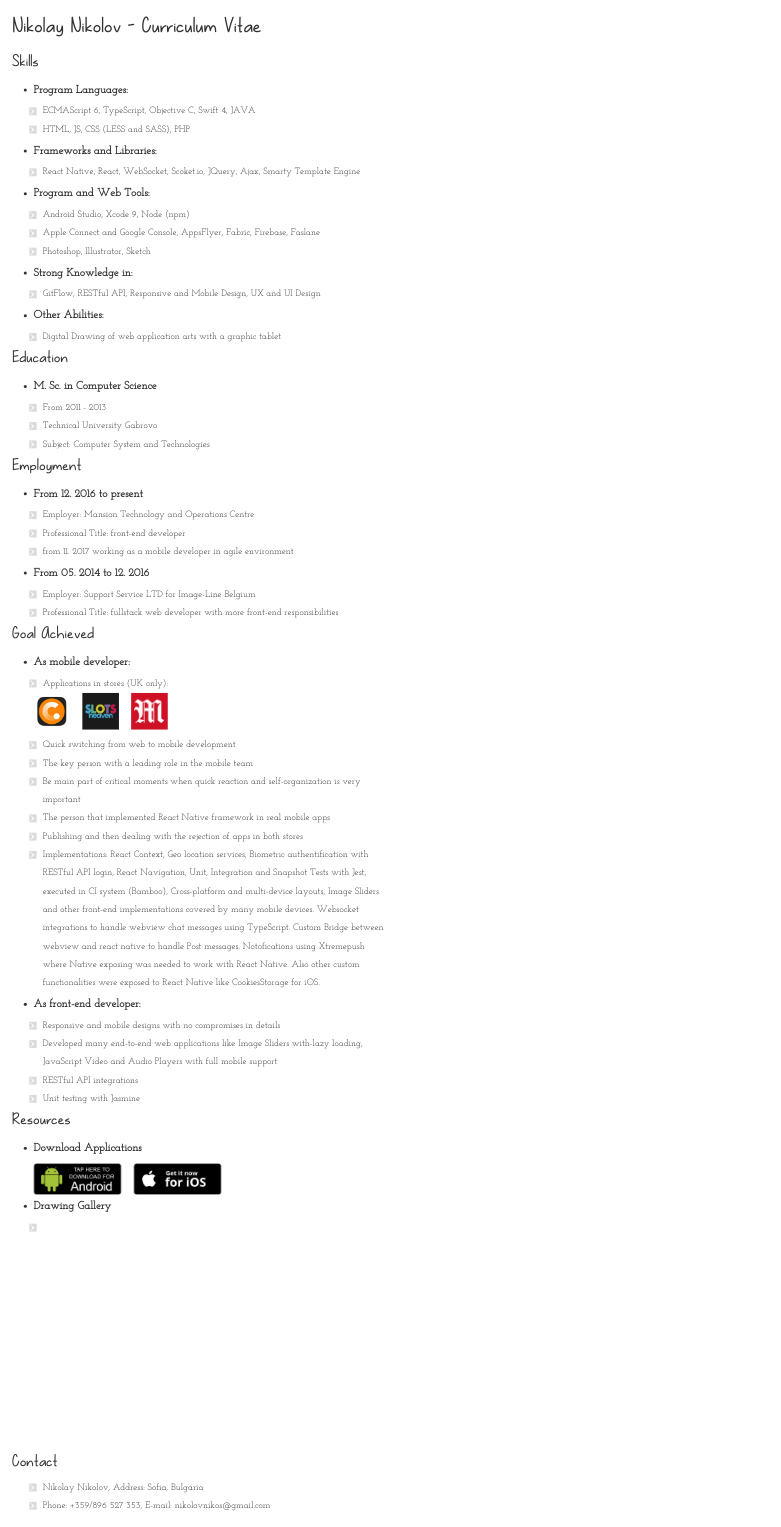
Repository: nikichanko/cv
Page: print.html
The author's editor kept a copy of each file at every save. The page is drawn from the files as they stood at one save, then again after the next save.
The browser window is 1280 px wide. The pictures show the whole page, at 61% of full size.

Above is the page before, as saved 2019-02-03 11:48:35.

### print.html
<html>
  <head>
    <link rel="shortcut icon" type="image/png" href="img/favicon.png"/>
    <meta name="viewport" content="width=device-width, initial-scale=1">
    <link rel="stylesheet" type="text/css" href="css/styles.css">
    <link rel="stylesheet" type="text/css" href="css/print.css">
    <script src="https://ajax.googleapis.com/ajax/libs/jquery/3.3.1/jquery.min.js"></script>
    <title>Nikolay Nikolov - Curriculum Vitae - Print Version</title>
  </head>
  <body>
    <div id="content">
      <div class="cv-title">Nikolay Nikolov - Curriculum Vitae</div>
    </div>
  </body>
  <script src="js/print.js"></script>
</html>

### css/styles.css
@font-face {
  font-family: 'Just Gotta Smile';
  src: url('./fonts/JustGottaSmile.woff2') format('woff2'),
      url('./fonts/JustGottaSmile.woff') format('woff'),
      url('./fonts/JustGottaSmile.ttf') format('truetype');
  font-weight: 500;
  font-style: normal;
}

@font-face {
  font-family: 'Josefin Slab';
  src: url('./fonts/JosefinSlab.woff2') format('woff2'),
      url('./fonts/JosefinSlab.woff') format('woff'),
      url('./fonts/JosefinSlab.ttf') format('truetype');
  font-weight: normal;
  font-style: normal;
}
ul, li, ol, body {
  margin: 0;
  padding: 0;
}

html, body {
  position: relative;
  height: 100%;
}

body {
  background-color: #323232;
  width: 100%;
  font-family: 'Just Gotta Smile';
  color: #fff;
}

.wrapper {
  position: relative;
  width: 100%;
  max-width: 1000px;
  height: 800px;
  margin: 0 auto;
  background-image: url(../img/cv_bg.png);
  background-repeat: no-repeat;
  background-position: right top;
  background-size: cover;
}

.header{
  opacity: 0.5;
  font-size: 14px;
  position: absolute;
  right: 5px;
  text-align: right;
}
.menu {
  line-height: 70px;
  margin: 0 auto;
  position: absolute;
  text-align: center;
  width: 100%;
  top: 200px;
}

.item {
  font-size: 64px;
  position: relative;
  left: 50%;
  opacity: 1;
  transform: translateX(-50%) ;
  -ms-transform: translateX(-50%) ; /* IE 9 */
  -webkit-transform: translateX(-50%); /* Safari 3-8 */
  transition: opacity 0.2s ease-out;
  -webkit-touch-callout: none; /* iOS Safari */
  -webkit-user-select: none; /* Safari */
   -khtml-user-select: none; /* Konqueror HTML */
     -moz-user-select: none; /* Firefox */
      -ms-user-select: none; /* Internet Explorer/Edge */
          user-select: none; /* Non-prefixed version, currently
                                supported by Chrome and Opera */
}
.item.print {
  font-size: 30px;
  line-height: 45px;
}

.item span {
  cursor: pointer;
  position: relative;
}

.item.closed {
  opacity: 0;
  height: 0;
  visibility: hidden;
}

.content {
  font-family: 'Josefin Slab';
  padding-top: 2px;
  max-width: 600px;
  text-align: left;
  top: 50px;
  width: 56%;
  margin: 0 auto;
  line-height: 40px;
  height: 0;
  opacity: 0;
  transition: opacity 0.5s ease-in-out;
  position: relative;
  visibility: hidden;
  overflow: hidden;
}

.ul-wrapper {
  height: 450px;
  position: relative;
  overflow: hidden;
}

.content.open {
  overflow: visible;
  height: auto;
  opacity: 1;
  transition: opacity 0.5s ease-in-out;
  visibility: visible;
}
.content {
  line-height: 30px;
}
.content ul {
  padding-top: 10px;
  padding-left: 20px;
}
.content li {
  font-weight: bold;
  font-size: 20px;
  padding:5px 0;
}
.content ol {
  font-size: 18px;
  margin-left: 15px;
  position: relative;
}
.content ol:before {
  content: "";
  background-image: url(../img/arrow.png);
  background-repeat: no-repeat;
  background-size: contain;
  width: 12px;
  height: 13px;
  position: absolute;
  left: -22px;
  top: 8px;
  opacity: 0.6;
}

.item span:hover {
  color: #a4cbe6;
}

.close {
  position: absolute;
  top: -29px;
  left: -7px;
  width: 45px;
  height: 45px;
  opacity: 0.3;
}
.close:hover {
  opacity: 1;
}
.close:before, .close:after {
  position: absolute;
  left: 15px;
  content: ' ';
  height: 25px;
  width: 2px;
  background-color: #fff;
}
.close:before {
  transform: rotate(45deg);
}
.close:after {
  transform: rotate(-45deg);
}

.app-icon {
  width: 60px;
  margin-right: 15px;
}
.form-title {
  margin-top: 10px;
  font-size: 24px;
  text-align: center;
}

.swiper-all {
  width: 95%;
  height: 350px;
  position: relative;
  margin: 0 auto;
}
.swiper-container {
  width: 100%;
  height: 100%;
}
 a {
   color: white;
   text-decoration: underline;
   cursor: pointer;
 }

.swiper-slide {
  text-align: center;
  font-size: 18px;
  color: red;
  /* Center slide text vertically */
  display: -webkit-box;
  display: -ms-flexbox;
  display: -webkit-flex;
  display: flex;
  -webkit-box-pack: center;
  -ms-flex-pack: center;
  -webkit-justify-content: center;
  justify-content: center;
  -webkit-box-align: center;
  -ms-flex-align: center;
  -webkit-align-items: center;
  align-items: center;
}

.ian, .faraon, .nina {

 width: 100%;
 height: 100%;
 background-size: contain;
 background-repeat: no-repeat;
 background-position: 50% 50%;
}
.ian {
  background-image: url('../img/ian.jpg');
}
.faraon {
  background-image: url('../img/faraon.jpg');
}
.nina {
  background-image: url('../img/ninaDobrev.jpg');
}

.ios, .android {
  display: inline-block;
  width: 144px;
  height: 51px;
  background-size: cover;
  cursor: pointer;
}
.ios a, .android a {
  display: block;
  height: 100%;
  font-size: 0px;
}

.ios {
  background-image: url('../img/ios.png');
  margin-left: 15px;
}
.android {
  background-image: url('../img/android.png');
}

@media only screen and (max-width: 1000px) {
  .content {
    width: 90%;
  }
  .item span {
    cursor: default;
  }
}

### css/print.css
body {
  background-color: #fff;
  color: #323232
}
.content {
  margin: 0;
  top:0;
  left: 15px;
}
.close, .form-title {
  display: none;
}
.ul-wrapper{
  height: auto;
}

#content{
  padding: 20px;
}
.cv-title{
  font-size: 36px;
  margin-bottom: 20px;
}
.item {
  font-size: 28px;
}
.content ol:before {
  background-color: #c2c2c2;
}
.content ol {
  font-size: 15px;
}
.content li {
  font-size: 18px;
}

### index.html
<!DOCTYPE html>
<html>
  <head>
    <link rel="shortcut icon" type="image/png" href="img/favicon.png"/>

    <meta name="viewport" content="width=device-width, initial-scale=1, minimum-scale=1, maximum-scale=1">
    <link rel="stylesheet" type="text/css" href="css/scroll.css">
    <script src="https://ajax.googleapis.com/ajax/libs/jquery/3.3.1/jquery.min.js"></script>
    <script src="js/scroll.js"></script>
    <link rel="stylesheet" href="css/swiper.min.css">
    <link rel="stylesheet" type="text/css" href="css/styles.css">
    <title>Nikolay Nikolov - Curriculum Vitae</title>
  </head>
  <body>
    <div class="wrapper">
      <div class="header">Curriculum Vitae of Nikolay Nikolov<br/>&copy; Copyright 2019. All Rights Reserved</div>
      <div class="menu">
        <div class="item">
          <span>Skills</span>
        </div>
        <div class="content">
          <i class="close"></i>
          <div class="ul-wrapper" id="scroll-3">
            <ul>
              <li>Program Languages:</li>
              <ol>ECMAScript 6, TypeScript, Objective C, Swift 4, JAVA</ol>
              <ol>HTML, JS, CSS (LESS and SASS), PHP</ol>
              <li>Frameworks and Libraries:</li>
              <ol>React Native, React, WebSocket, Scoket.io, JQuery, Ajax, Smarty Template Engine</ol>
              <li>Program and Web Tools:</li>
              <ol>Android Studio, Xcode 9, Node (npm)</ol>
              <ol>Apple Connect and Google Console, AppsFlyer, Fabric, Firebase, Faslane</ol>
              <ol>Photoshop, Illustrator, Sketch</ol>
              <li>Strong Knowledge in:</li>
              <ol>GitFlow, RESTful API, Responsive and Mobile Design, UX and UI Design</ol>
              <li>Other Abilities:</li>
              <ol>Digital Drawing of web application arts with a graphic tablet</ol>
            </ul>
           </div>
        </div>
        <div class="item">
          <span>Education</span>
        </div>
        <div class="content">
            <i class="close"></i>
            <ul>
              <li>M. Sc. in Computer Science</li>
              <ol>From 2011 - 2013</ol>
              <ol>Technical University Gabrovo</ol>
              <ol>Subject: Computer System and Technologies</ol>
            </ul>
        </div>
        <div class="item">
          <span>Employment</span>
        </div>
        <div class="content">
            <i class="close"></i>
            <div class="ul-wrapper" id="scroll-2">
              <ul>
                <li>From 12. 2016 to present</li>
                <ol>Employer: Mansion Technology and Operations Centre</ol>
                <ol>Professional Title: front-end developer</ol>
                <ol>from 11. 2017 working as a mobile developer in agile environment</ol>
                <li>From 05. 2014 to 12. 2016</li>
                <ol>Employer: Support Service LTD for Image-Line Belgium</ol>
                <ol>Professional Title: fullstack web developer with more front-end responsibilities</ol>
              </ul>
            </div>
        </div>
        <div class="item">
          <span>Goal Achieved</span>
        </div>
        <div class="content">
          <i class="close"></i>
          <div class="ul-wrapper" id="scroll-1">
            <ul>
              <li>As mobile developer:</li>
              <ol>Applications in stores (UK only):</ol>

                <a href=""><img src="img/casino.png" title="CasinoSlots" class="app-icon"  /></a>
                <a href=""><img src="img/sh.png" title="Slostheaven" class="app-icon" /></a>
                <a href=""><img src="img/mc.png" title="MansionCasino" class="app-icon" /></a>

              <ol>Quick switching from web to mobile development</ol>
              <ol>The key person with a leading role in the mobile team</ol>
              <ol>Be main part of critical moments when quick reaction and self-organization is very important</ol>
              <ol>The person that implemented React Native framework in real mobile apps</ol>
              <ol>Publishing and then dealing with the rejection of apps in both stores</ol>
              <ol>Implementations: React Context, Geo location services, Biometric authentification with RESTful API
                login, React Navigation, Unit, Integration and Snapshot
                Tests with Jest, executed in CI system (Bamboo), Cross-platform and multi-device layouts,
                Image Sliders and other front-end implementations covered by many mobile devices.
                Websocket integrations to handle webview chat messages using TypeScript. Custom Bridge between webview and react native to handle Post messages.
                Notofications using Xtremepush where Native exposing was needed to work with React Native.
                Also other custom functionalities were exposed to React Native like CookiesStorage for iOS.</ol>
              <li>As front-end developer:</li>
              <ol>Responsive and mobile designs with no compromises in details</ol>
              <ol>Developed many end-to-end web applications like Image Sliders with-lazy loading,
                JavaScript Video and Audio Players with full mobile support</ol>
              <ol>RESTful API integrations</ol>
              <ol>Unit testing with Jasmine</ol>
            </ul>
          </div>
        </div>
        <div class="item resources">
          <span>Resources</span>
        </div>
        <div class="content">
            <i class="close"></i>
            <div class="ul-wrapper" id="scroll-4">
              <ul>
                <li>Download Applications</li>
                  <span class="android"><a href="http://tiny.cc/owtw2y" target="_blank" title="Casino Blackjack.ipa">http://tiny.cc/owtw2y</a></span>
                  <span class="ios"><a href="http://tiny.cc/owtw2y" target="_blank" title="Casino Blackjack.apk">http://tiny.cc/owtw2y</a></span>
                <li>Drawing Gallery</li>
                <ol><a href="http://tiny.cc/owtw2y" target="_blank">http://tiny.cc/owtw2y</a></ol>
                <div class="swiper-all">
                <div class="swiper-container">
                  <div class="swiper-wrapper">
                    <div class="swiper-slide"><div class="faraon"></div></div>
                    <div class="swiper-slide"><div class="ian"></div></div>
                    <div class="swiper-slide"><div class="nina"></div></div>
                  </div>
                  <div class="swiper-button-next"></div>
                  <div class="swiper-button-prev"></div>
                </div>
                </div>
              </ul>
            </div>
        </div>
        <div class="item">
          <span>Contact</span>
        </div>
        <div class="content">
            <i class="close"></i>
              <ul>
                <ol>Nikolay Nikolov, Address: Sofia, Bulgaria</ol>
                <ol>Phone: +359/896 527 353, E-mail: nikolovnikos@gmail.com</ol>
                <div class="form-title">Contact form</div>
                <script type="text/javascript" src="https://form.jotformeu.com/jsform/82187298762370"></script>
              </ul>
        </div>
        <div class="item print">
          <span>Print Version</span>
        </div>
      </div>
    </div>
    <script src="js/swiper.min.js"></script>
    <script src="js/common.js"></script>
  </body>
</html>

Loaded but not shown: js/print.js (library)

After the next save:
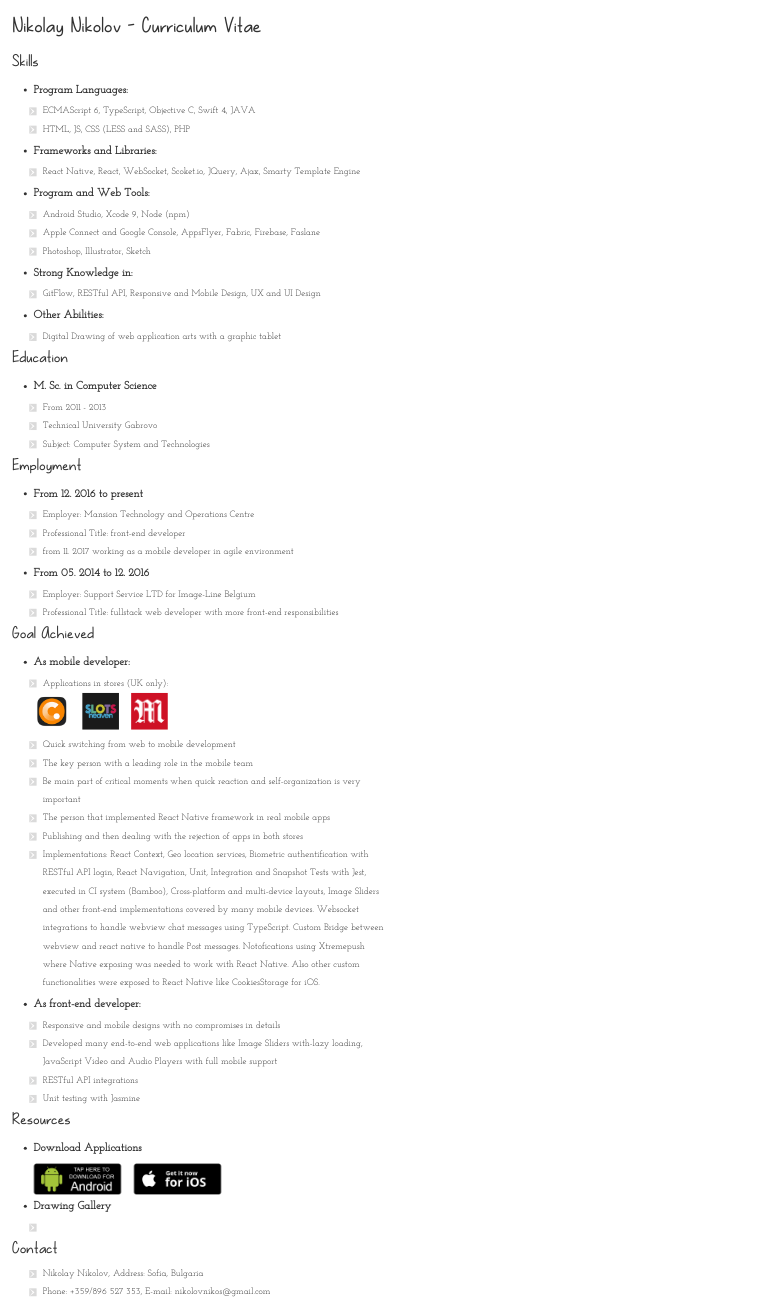
Saved 8 min 26 s later.
--- a/css/print.css
+++ b/css/print.css
@@ -33,3 +33,7 @@ body {
 .content li {
   font-size: 18px;
 }
+
+.swiper-all{
+  display: none;
+}
